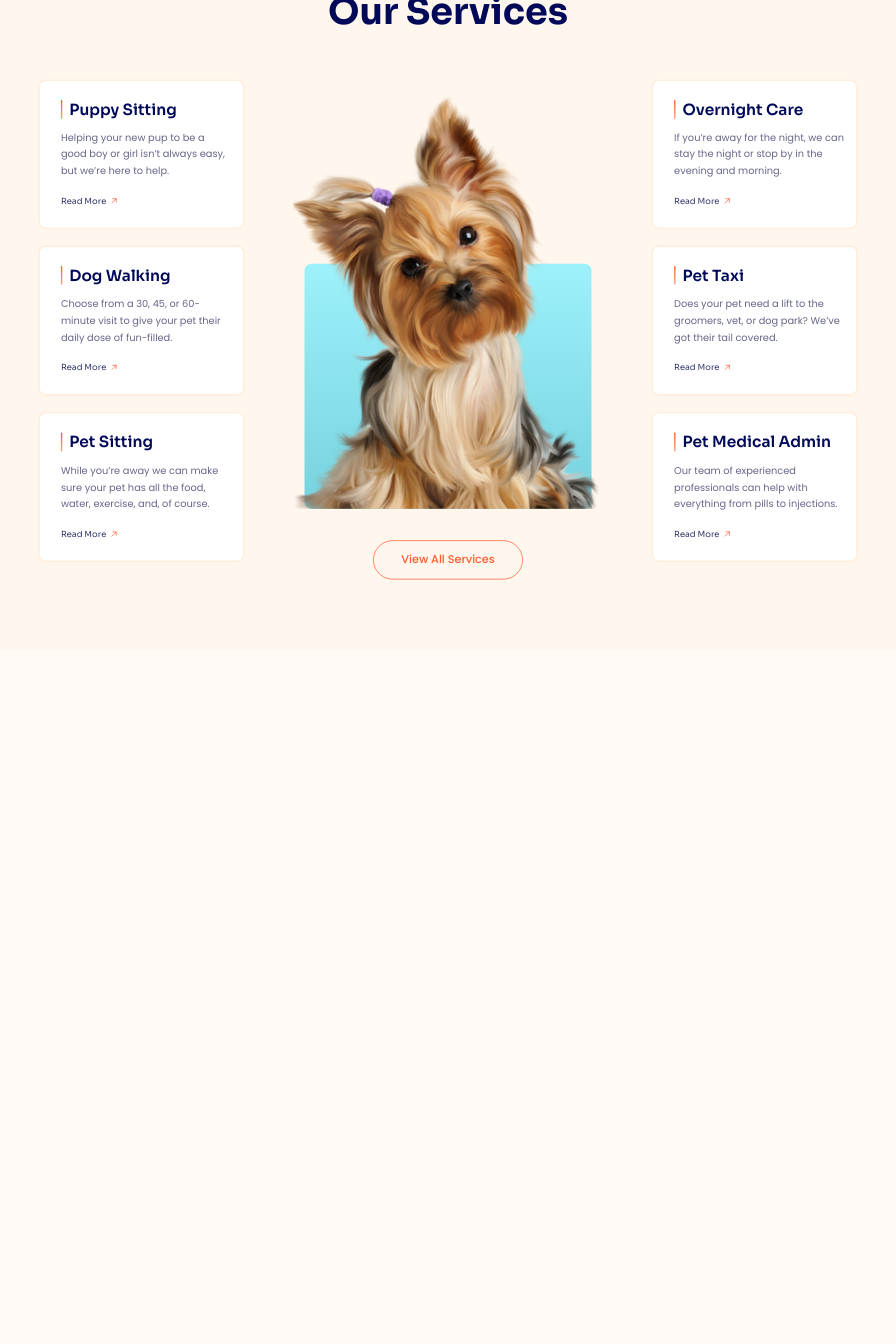
Repository: anhtien111198/f8-htmlcss-04
Page: index.html
These files come from the project's save history. The page is drawn as it stood at one moment and after the next save; the edit follows.
The browser window is 1280 px wide. The pictures show the part of the page from y = 2397 to 4317 px (the page is 5000 px tall), at 70% of full size.

Above is the page before, as saved 2023-05-18 18:28:10.

After the next save:
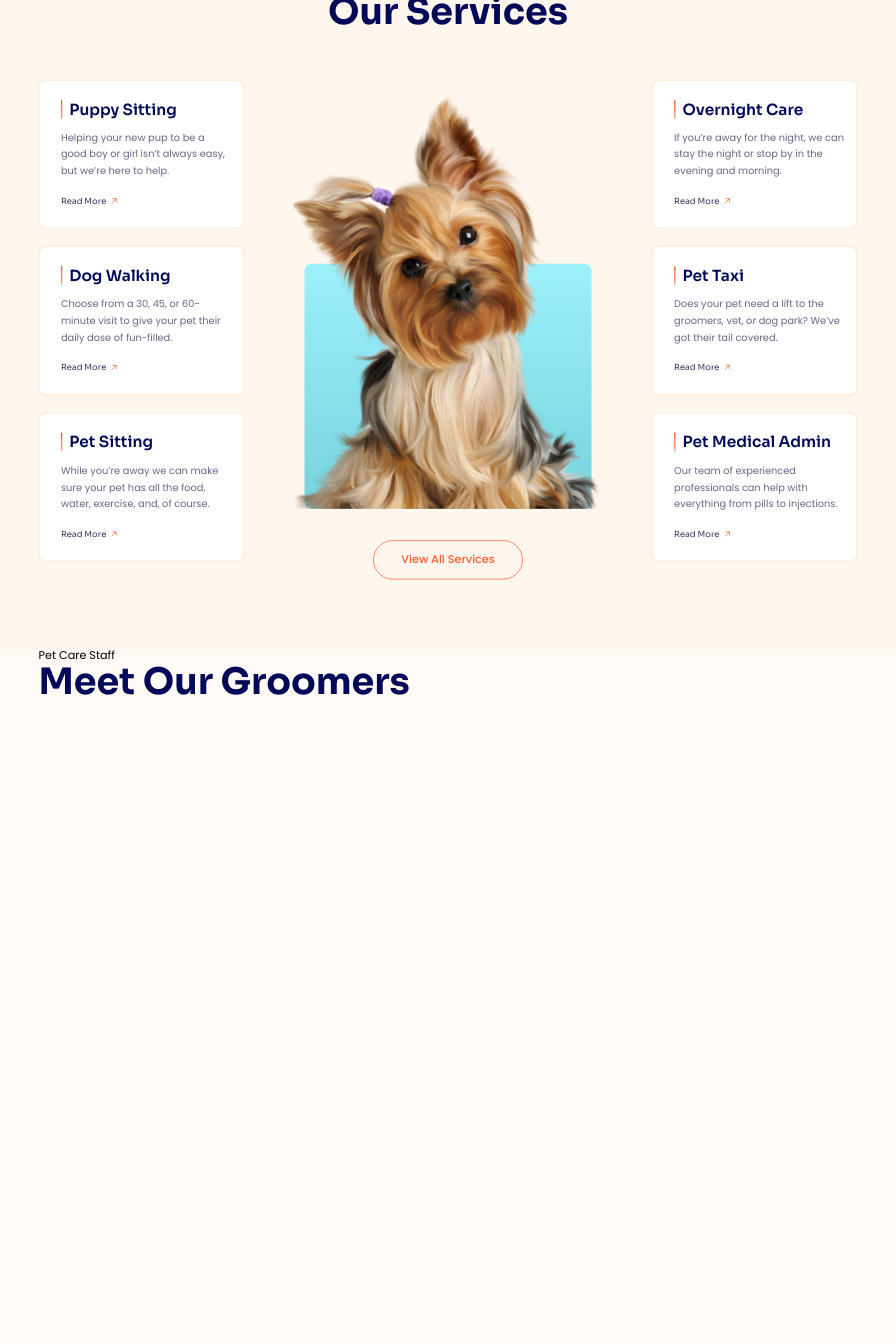
Saved 11 h 50 min later.
--- a/index.html
+++ b/index.html
@@ -555,6 +555,15 @@
                     </div>
                 </div>
             </section>
+            <!-- Staff -->
+            <section class="staff">
+                <div class="container">
+                    <section class="staff__top">
+                        <p class="staff__desc">Pet Care Staff</p>
+                        <h3 class="section__heading">Meet Our Groomers</h3>
+                    </section>
+                </div>
+            </section>
         </main>
     </body>
 </html>
